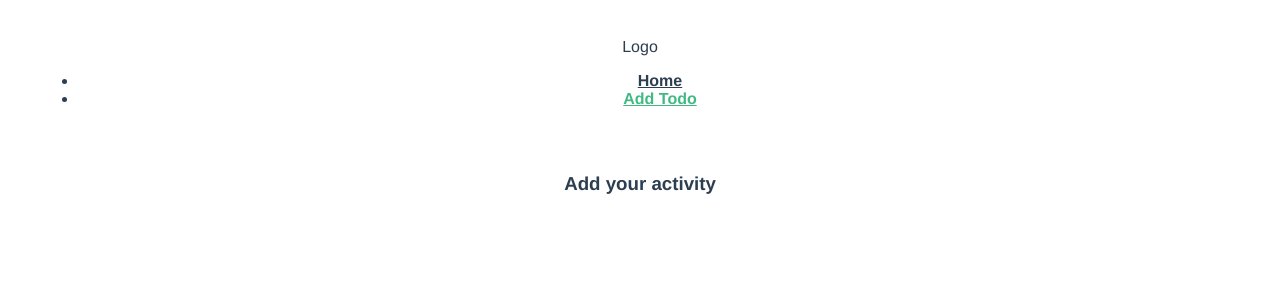
Repository: adisamicheal/academy-vuex-todo
Page: /add-todo
An editor plug-in stored every save of this project. The page is shown before and after the next save, followed by the edit.
The browser window is 1280 px wide. The pictures show the whole page.
The project was rebuilt for these pictures with package versions that can differ from the ones it lists, and the page was loaded fresh each time. Also part of the build but not shown: src/views/Home.vue.

Above is the page before, as saved 2021-11-01 10:30:20.

### src/App.vue
<template>
  <div id="app">
    <div id="nav">
      <Navigation />
    </div>
    <router-view/>
  </div>
</template>

<script>
import Navigation from '@/components/Navigation.vue'

export default {
  components: {
    Navigation
  }
}
</script>

<style>
#app {
  font-family: Avenir, Helvetica, Arial, sans-serif;
  -webkit-font-smoothing: antialiased;
  -moz-osx-font-smoothing: grayscale;
  text-align: center;
  color: #2c3e50;
}

#nav {
  padding: 30px;
}

#nav a {
  font-weight: bold;
  color: #2c3e50;
}

#nav a.router-link-exact-active {
  color: #42b983;
}
</style>

### src/router/index.js
import Vue from 'vue'
import VueRouter from 'vue-router'
import Home from '../views/Home.vue'

Vue.use(VueRouter)

const routes = [
  {
    path: '/',
    name: 'Home',
    component: Home
  },
  {
    path: '/about',
    name: 'About',
    // route level code-splitting
    // this generates a separate chunk (about.[hash].js) for this route
    // which is lazy-loaded when the route is visited.
    component: () => import(/* webpackChunkName: "about" */ '../views/About.vue')
  },
  {
    path: '/add-todo',
    name: 'AddTodo',
    component: () => import(/* webpackChunkName: "about" */ '../views/AddTodo.vue')
  }
]

const router = new VueRouter({
  mode: 'history',
  base: process.env.BASE_URL,
  routes
})

export default router

### src/components/Navigation.vue
<template>
  <nav>
      <div class="logo">
          Logo
      </div>
      <div>
          <ul>
              <li><router-link to="/">Home</router-link> </li>
              <li><router-link to="/add-todo">Add Todo</router-link> </li>
              <!-- <li><router-link to="/">Home</router-link> </li> -->
          </ul>
      </div>
  </nav>
</template>

<script>
export default {

}
</script>

<style>

</style>

### src/views/AddTodo.vue
<template>
  <div>
      <h3>Add your activity</h3>
  </div>
</template>

<script>
export default {

}
</script>

<style>

</style>

Loaded but not shown: public/index.html (common file); src/main.js (common file); src/store/index.js (common file)

After the next save:
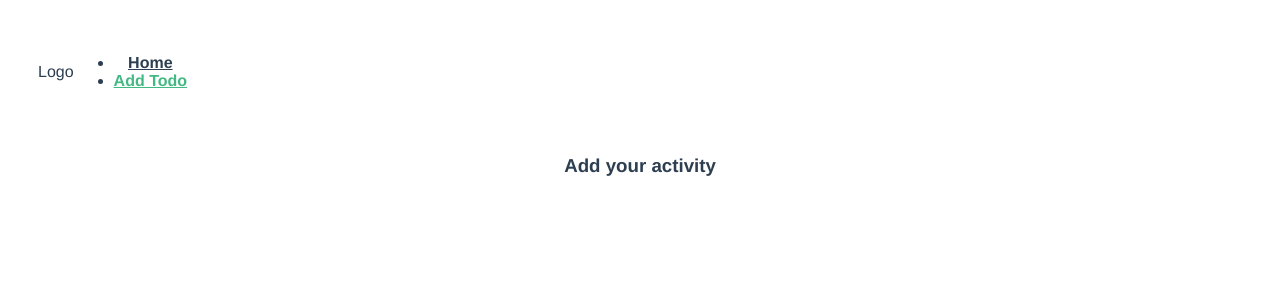
Saved 29 s later.
--- a/src/components/Navigation.vue
+++ b/src/components/Navigation.vue
@@ -19,6 +19,9 @@ export default {
 }
 </script>
 
-<style>
-
+<style scoped>
+nav {
+    display: flex;
+    align-items: center;
+}
 </style>
